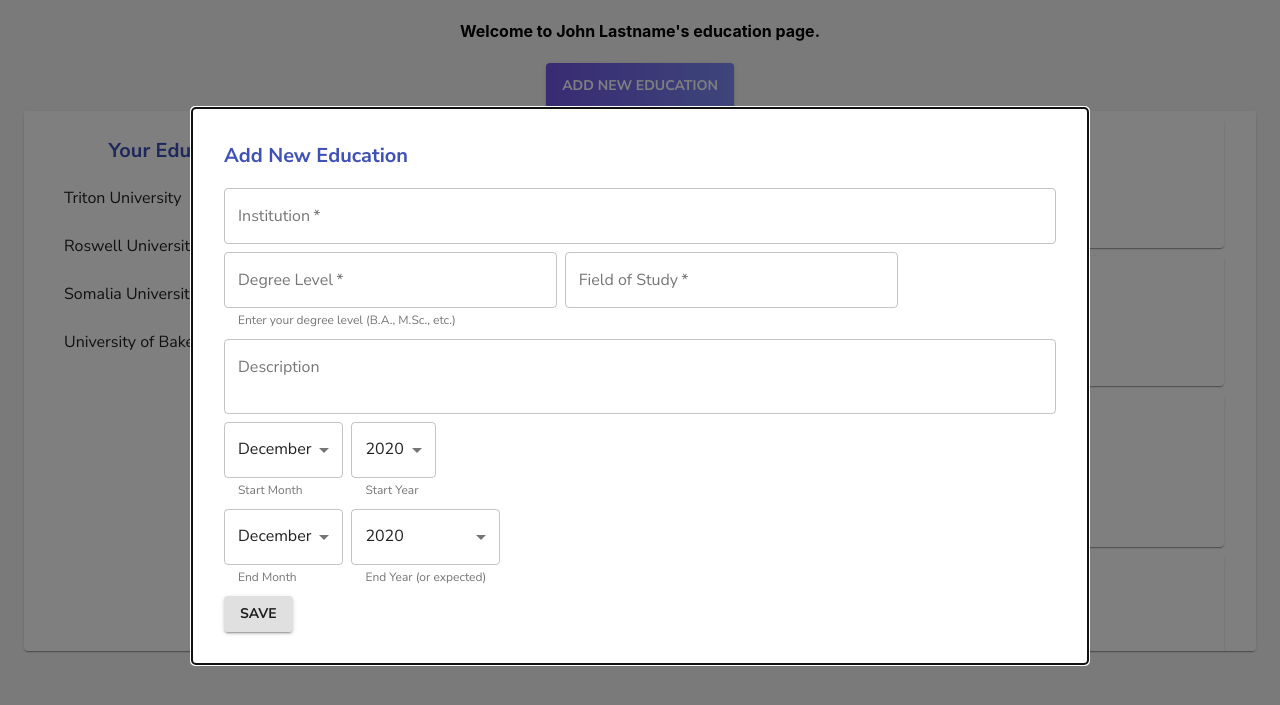
Repository: noellered/Showwcase-React-Challenge
Page: / (app in showwcase-education-react/), after clicking the first element matching `button.MuiButtonBase-root`
These files come from the project's save history. The page is drawn as it stood at one moment and after a run of saves; the edit follows.
The browser window is 1280 px wide. The pictures show the whole page.
The page's requests for data from a server got no answer. An inner scrolling area shows only its first screen. The project was rebuilt for these pictures with package versions that can differ from the ones it lists, and the page was loaded fresh each time. No one was signed in, and anything a server would have sent is missing. Also part of the build but not shown: showwcase-education-react/src/components/Home.tsx.

Above is the page before, as saved 2020-12-17 17:31:09.

After the next 2 saves:
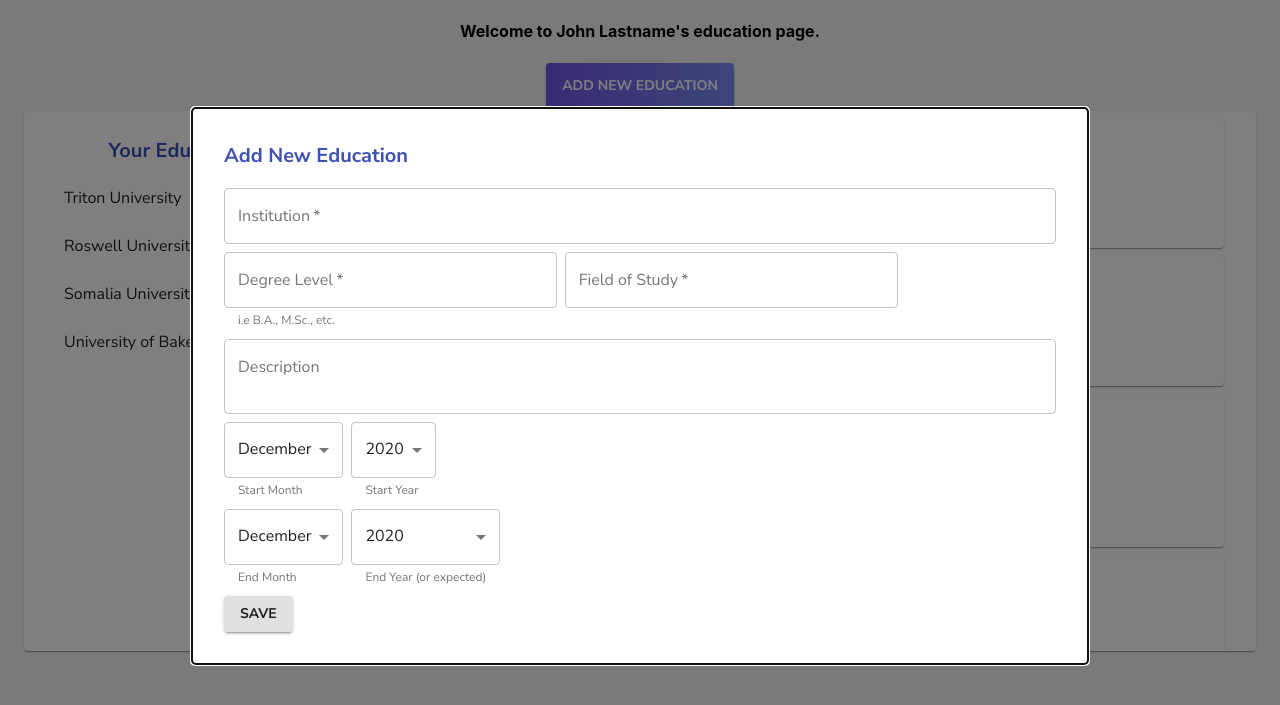
The 2 saves are shown as one change because they came seconds apart.
The last was saved 25 s later.
--- a/showwcase-education-react/src/components/education/EducationModalContent.tsx
+++ b/showwcase-education-react/src/components/education/EducationModalContent.tsx
@@ -164,7 +164,7 @@ const EducationModalContent:FunctionComponent<{handleUpdate: any}>= ({ handleUpd
                 onInputChange={handleInputChange}
                 />
                 <div className={classes.inputGroup}>
-                  <TextField className={`${classes.input} ${classes.mr}`} label="Degree Level" helperText="Enter your degree level (B.A., M.Sc., etc.)" variant="outlined" onChange={(e)=> setDegree(e.target.value)} required/>
+                  <TextField className={`${classes.input} ${classes.mr}`} label="Degree Level" helperText="i.e B.A., M.Sc., etc." variant="outlined" onChange={(e)=> setDegree(e.target.value)} required/>
                   <TextField className={classes.input} label="Field of Study" variant="outlined" onChange={(e)=> setFieldOfStudy(e.target.value)} required/>
                 </div>
                 <TextField className={classes.input} multiline fullWidth rows={2} variant="outlined" label="Description" onChange={(e)=> setDescription(e.target.value)}/>
